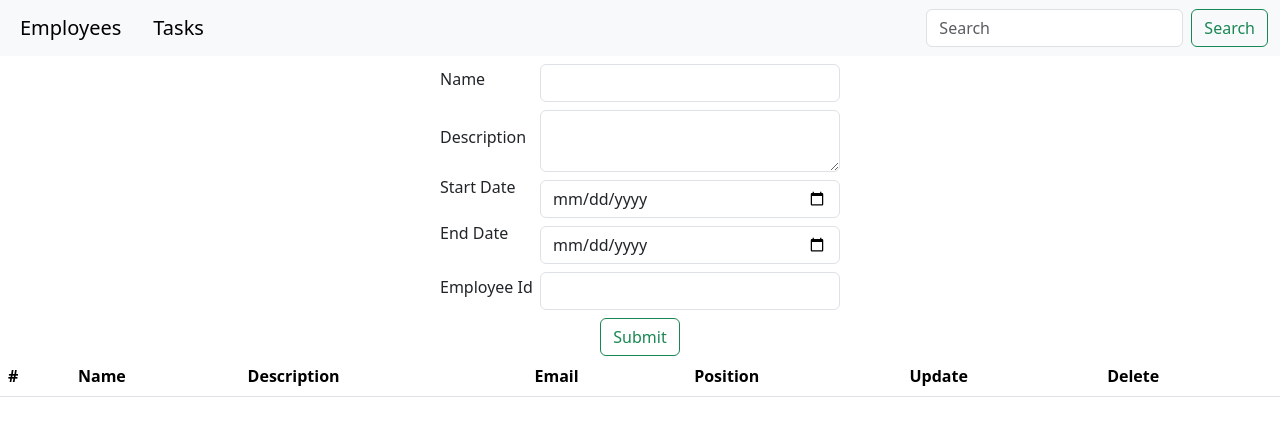
Repository: RaffiBarseghyan/employees
Page: /tasks
These files come from the project's save history. The page is drawn as it stood at one moment and after the next save; the edit follows.
The browser window is 1280 px wide. The pictures show the whole page.
The page's requests for data from a server got no answer. The project was rebuilt for these pictures with package versions that can differ from the ones it lists, and the page was loaded fresh each time. Some packages were replaced by stand-ins written for this rebuild. No one was signed in, and anything a server would have sent is missing. Also part of the build but not shown: src/App.css, src/Pages/Employees/employees.module.scss, src/Pages/UpDel/upDel.module.scss, src/Pages/UpDel/delete.jsx, src/Pages/Employees/employees.jsx, src/Pages/UpDel/update.jsx.

Above is the page before, as saved 2023-06-15 21:54:56.

### src/App.jsx
import "./App.css";
import Header from "./Pages/Header/header";
import { BrowserRouter, Routes, Route } from "react-router-dom";
import "bootstrap/dist/css/bootstrap.css";
import Employees from "./Pages/Employees/employees";
import Tasks from "./Pages/Tasks/tasks";
import Update from "./Pages/UpDel/update";

function App() {
  return (
    <>
      <BrowserRouter>
        <Header />

        <Routes>
          <Route path="/employees" element={<Employees />} />

          <Route path="/tasks" element={<Tasks />} />
          <Route path="/update" element={<Update />} />
        </Routes>
      </BrowserRouter>
    </>
  );
}

export default App;

### src/Pages/Header/header.jsx
import { Link } from "react-router-dom";
import style from "./header.module.scss";

function Header() {
  return (
    <>
      <nav className="navbar navbar-expand-lg bg-body-tertiary">
        <div className="container-fluid">
          <button
            className="navbar-toggler"
            type="button"
            data-bs-toggle="collapse"
            data-bs-target="#navbarSupportedContent"
            aria-controls="navbarSupportedContent"
            aria-expanded="false"
            aria-label="Toggle navigation"
          >
            <span className="navbar-toggler-icon"></span>
          </button>
          <div className="collapse navbar-collapse" id="navbarSupportedContent">
            <ul className="navbar-nav me-auto mb-2 mb-lg-0">
              <li className="nav-item">
                <Link className={`nav-link navbar-brand active ${style.linkStyle}`} to="/employees">
                  Employees
                </Link>
              </li>
              <li className="nav-item">
                <Link
                  className={`nav-link navbar-brand ${style.linkStyle}`}
                  to="/tasks"
                >
                  Tasks
                </Link>
              </li>
            </ul>
            <form className="d-flex" role="search">
              <input
                className="form-control me-2"
                type="search"
                placeholder="Search"
                aria-label="Search"
              />
              <button className="btn btn-outline-success" type="submit">
                Search
              </button>
            </form>
          </div>
        </div>
      </nav>
    </>
  );
}

export default Header;

### src/Pages/Tasks/tasks.jsx
import axios from "axios";
import style from "./tasks.module.scss";
import { useEffect, useState } from "react";

function Tasks() {
  const [data, setdata] = useState([]);
  const [data2, setdata2] = useState([]);

  useEffect(() => {
    axios
      .get(`https://rocky-temple-83495.herokuapp.com/employees`)
      .then((res) => {
        const persons = res.data;
        setdata(persons);
      });
  }, []);

  useEffect(() => {
    axios
      .get(`https://rocky-temple-83495.herokuapp.com/tasks?_page=3&_limit=5`)
      .then((res) => {
        const persons = res.data;
        setdata2(persons);
      });
  }, []);

  console.log(data);
  return (
    <>
      <form
        action="https://rocky-temple-83495.herokuapp.com/tasks"
        method="post"
        target="_blank"
        className={`${style.employeeForm} container`}
      >
        <label htmlFor="name">
          Name
          <input
            className="form-control mt-2 "
            type="text"
            id="name"
            name="name"
          />
        </label>
        <label htmlFor="description">
          Description
          <textarea
            name="description"
            id="description"
            className="form-control mt-2"
          ></textarea>
        </label>
        <label htmlFor="startDate">
          <p>Start Date </p>
          <input
            className="form-control mt-2"
            type="date"
            id="startDate"
            name="startDate"
            placeholder="startDate"
          />
        </label>
        <label htmlFor="endDate">
          <p> End Date</p>
          <input
            className="form-control mt-2"
            type="date"
            id="endDate"
            name="endDate"
            placeholder="endDate"
          />
        </label>
        <label htmlFor="employeeId">
          Employee Id
          <select
            name="employeeId"
            id="employeeId"
            className="form-control mt-2"
          >
            {data.map((item) => {
              return <option value="">{item.id}</option>;
            })}
          </select>
        </label>

        <input
          className="btn btn-outline-success mt-2"
          type="submit"
          value="Submit"
        />
      </form>


      <table className="table">
        <thead>
          <tr>
            <th scope="col">#</th>
            <th scope="col">Name</th>
            <th scope="col">Description</th>
            <th scope="col">Email</th>
            <th scope="col">Position</th>
            <th scope="col">Update</th>
            <th scope="col">Delete</th>
          </tr>
        </thead>
        <tbody>
          {data2.map((item) => {
            return (
              <tr key={item.id} className={`${style.employees} `}>
                <th scope="row">{item.id}</th>
                <td>{item.name}</td>
                <td>{item.surname}</td>
                <td>{item.email}</td>
                <th>{item.position}</th>

                <th>
                  <button className={`${style.basketButtonDe} btn btn-danger `}>
                    <Delete id={item.id} />
                  </button>
                </th>
                <th>
                  <button
                    className={`${style.basketButtonDe} btn btn-success `}
                  >
                    <Link to="/update" state={{ from: item }}>
                      Update
                    </Link>
                  </button>
                </th>
              </tr>
            );
          })}
        </tbody>
      </table>
    </>
  );
}

export default Tasks;

### src/Pages/Tasks/tasks.module.scss
.employeeForm {
  width: 500px;
  display: flex;
  flex-direction: column;
  align-items: center;
  > label {
    width: 400px;
    display: flex;
    align-items: center;
    flex-direction: row;
    > input,
    textarea,
    select {
      width: 300px;
      margin-left: auto;
    }
  }
}

Loaded but not shown: src/index.js (common file); src/index.css (common file); src/reportWebVitals.js (common file); src/Pages/Header/header.module.scss (no stored copy; drawn as an empty file)

After the next save:
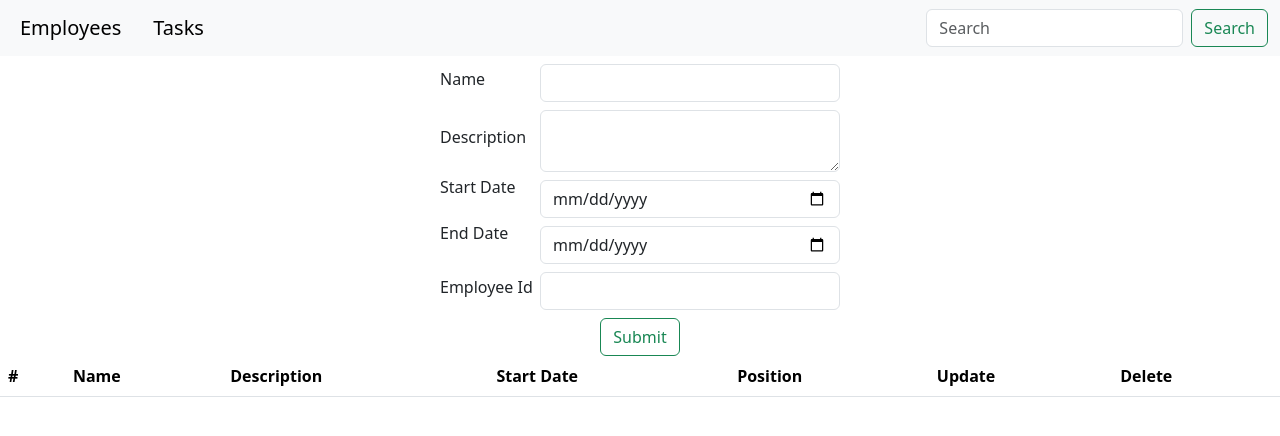
Saved 7 s later.
--- a/src/Pages/Tasks/tasks.jsx
+++ b/src/Pages/Tasks/tasks.jsx
@@ -97,7 +97,7 @@ function Tasks() {
             <th scope="col">#</th>
             <th scope="col">Name</th>
             <th scope="col">Description</th>
-            <th scope="col">Email</th>
+            <th scope="col">Start Date</th>
             <th scope="col">Position</th>
             <th scope="col">Update</th>
             <th scope="col">Delete</th>
